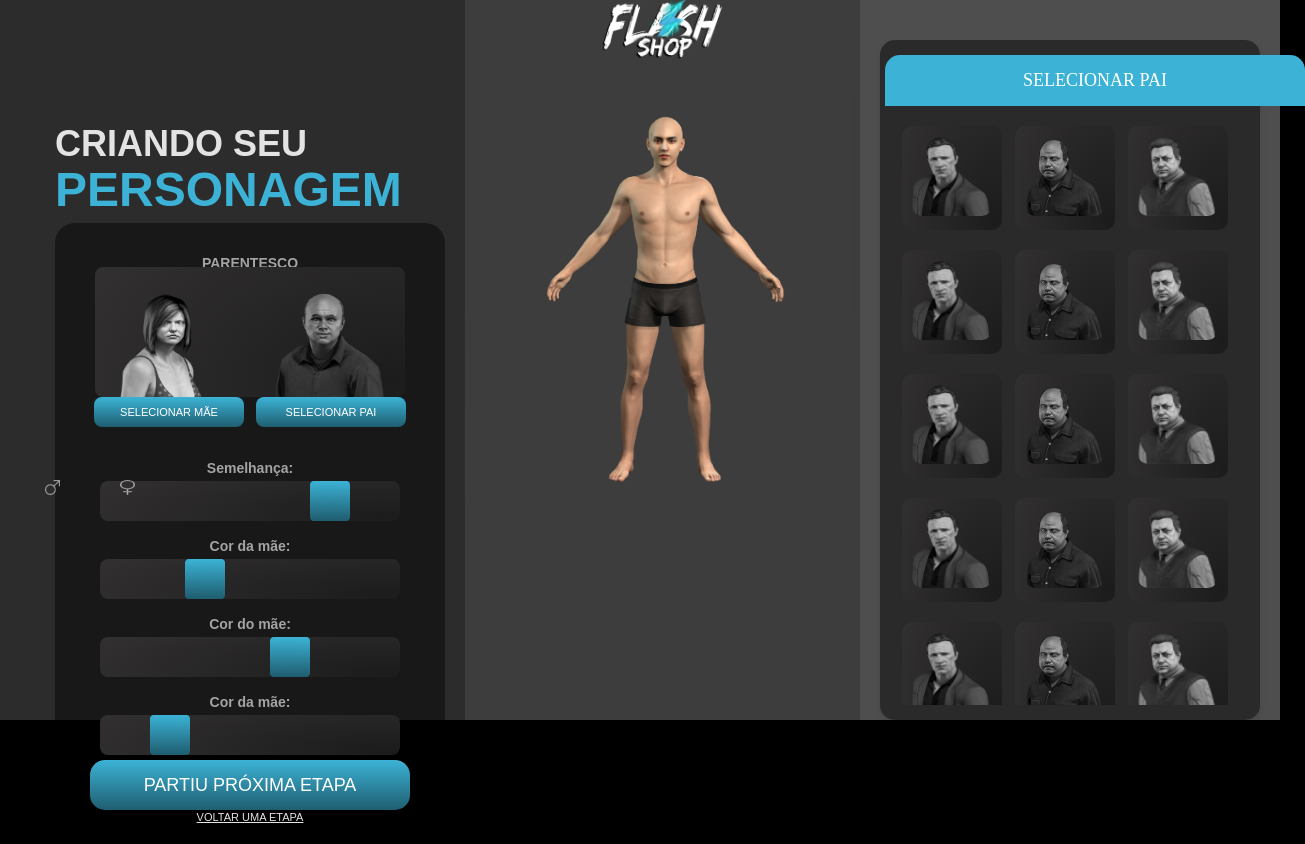
Repository: DuMCorrea/CriandoPerso
Page: index.html
These files come from the project's save history. The page is drawn as it stood at one moment and after the next save; the edit follows.
The browser window is 1280 px wide. The page is 1305 px wide, then 1280 px, so the pictures cover 1305 px, including what lies to the right of the window. The pictures show the whole page.

Above is the page before, as saved 2024-09-06 14:21:51.

### index.html
<!DOCTYPE html>
<html lang="en">
<head>
    <meta charset="UTF-8">
    <meta name="viewport" content="width=device-width, initial-scale=1.0">
    <title>Dividindo a Tela com Imagens</title>
    <link rel="stylesheet" href="styles.css">
</head>
<body>
    <div class="container">
        <div class="left">
            <h1 class="title">
                <span class="part1">CRIANDO SEU</span>
                <span class="part2">PERSONAGEM</span>
            </h1>
            <div class="vertical-rectangle">
                <div class="title-container">
                    <h2 class="parentesco-title">PARENTESCO</h2>
                </div>
                <div class="image-rectangle">
                    <img src="assets/mulher.png" alt="Imagem 1" class="rectangle-image">
                    <img src="assets/homem.png" alt="Imagem 2" class="rectangle-image">
                </div>
                <div class="button-group">
                    <button class="top-button">SELECIONAR MÃE</button>
                    <button class="top-button">SELECIONAR PAI</button>
                </div>
                <div class="rectangles-group">
                    <div class="image-container">
                        <img src="assets/Fem.png" alt="Imagem 1" class="small-image left-image">
                        <img src="assets/Masc.png" alt="Imagem 2" class="small-image right-image">
                    </div>
                    <div class="rectangle-title">Semelhança:</div>
                    <div class="gradient-rectangle">
                        <img src="assets/quadradoAzul.png" alt="Imagem 1" class="small-image1">
                    </div>

                    <div class="rectangle-title">Cor da mãe:</div>
                    <div class="gradient-rectangle">
                        <img src="assets/quadradoAzul.png" alt="Imagem 2" class="small-image2">
                    </div>

                    <div class="rectangle-title">Cor do mãe:</div>
                    <div class="gradient-rectangle">
                        <img src="assets/quadradoAzul.png" alt="Imagem 3" class="small-image3">
                    </div>

                    <div class="rectangle-title">Cor da mãe:</div>
                    <div class="gradient-rectangle">
                        <img src="assets/quadradoAzul.png" alt="Imagem 4" class="small-image4">
                    </div>
                </div>
                <button class="rectangle-button">PARTIU PRÓXIMA ETAPA</button>
                <button class="back-button">VOLTAR UMA ETAPA</button>
            </div>
        </div>
        <div class="center">
            <img src="assets/FlashStore 1 (1).png" alt="Imagem 1" class="top-image">
            <img src="assets/boneco 2.png" alt="Imagem 2" class="center-image">
        </div>
        <div class="right">
            <div class="novo-retangulo">
                <div class="titulo-retangulo">SELECIONAR PAI</div>
                <div class="conteudo-scroll">
                    <div class="imagens-container">
                        <div class="imagem-wrapper">
                            <img src="assets/homemQuadrado.png" alt="Imagem 1">
                        </div>
                        <div class="imagem-wrapper">
                            <img src="assets/homemMeio.png" alt="Imagem 2">
                        </div>
                        <div class="imagem-wrapper">
                            <img src="assets/homemDireita.png" alt="Imagem 3">
                        </div>
                    </div>
                    <div class="imagens-container">
                        <div class="imagem-wrapper">
                            <img src="assets/homemQuadrado.png" alt="Imagem 1">
                        </div>
                        <div class="imagem-wrapper">
                            <img src="assets/homemMeio.png" alt="Imagem 2">
                        </div>
                        <div class="imagem-wrapper">
                            <img src="assets/homemDireita.png" alt="Imagem 3">
                        </div>
                    </div>
                    <div class="imagens-container">
                        <div class="imagem-wrapper">
                            <img src="assets/homemQuadrado.png" alt="Imagem 1">
                        </div>
                        <div class="imagem-wrapper">
                            <img src="assets/homemMeio.png" alt="Imagem 2">
                        </div>
                        <div class="imagem-wrapper">
                            <img src="assets/homemDireita.png" alt="Imagem 3">
                        </div>
                    </div>
                    <div class="imagens-container">
                        <div class="imagem-wrapper">
                            <img src="assets/homemQuadrado.png" alt="Imagem 1">
                        </div>
                        <div class="imagem-wrapper">
                            <img src="assets/homemMeio.png" alt="Imagem 2">
                        </div>
                        <div class="imagem-wrapper">
                            <img src="assets/homemDireita.png" alt="Imagem 3">
                        </div>
                    </div>
                    <div class="imagens-container">
                        <div class="imagem-wrapper">
                            <img src="assets/homemQuadrado.png" alt="Imagem 1">
                        </div>
                        <div class="imagem-wrapper">
                            <img src="assets/homemMeio.png" alt="Imagem 2">
                        </div>
                        <div class="imagem-wrapper">
                            <img src="assets/homemDireita.png" alt="Imagem 3">
                        </div>
                    </div>
                    <div class="imagens-container">
                        <div class="imagem-wrapper">
                            <img src="assets/homemQuadrado.png" alt="Imagem 1">
                        </div>
                        <div class="imagem-wrapper">
                            <img src="assets/homemMeio.png" alt="Imagem 2">
                        </div>
                        <div class="imagem-wrapper">
                            <img src="assets/homemDireita.png" alt="Imagem 3">
                        </div>
                    </div>
                    <!-- Continue repetindo conforme necessário -->
                </div>
            </div>
        </div>

    </div>
</body>

</html>

### styles.css
body, html {
    margin: 0;
    padding: 0;
    height: 100%;
    display: flex;
    justify-content: center;
    align-items: center;
    background-color: #000; /* Fundo escuro */
}

.container {
    display: flex;
    width: 100%;
    height: 100%;
}

.container > div {
    flex: 1; /* Cada div ocupa 1/3 do espaço disponível */
    height: 100%;
    padding: 20px;
    box-sizing: border-box;
}



/* PARTE ESQUERDA */



.left {
    background-color: #2c2c2c;
    display: flex;
    flex-direction: column;
    justify-content: flex-start;
    align-items: flex-start;

}

.title {
    margin: 100px 0 0 0; /* Adiciona margem superior para mover o título para baixo */
    padding: 0;
}

.part1 {
    font-family: 'Baloo Bhai', sans-serif;
    font-size: 36px;
    font-weight: 700; /* Aumenta o peso da fonte para deixá-la mais grossa */
    line-height: 48px;
    text-align: left;
    color: #E3E3E3;
    display: block;
    margin-bottom: -10px; /* Reduz a distância entre as duas partes do título */
    margin-left: 35px;
}

.part2 {
    font-family: 'Baloo Bhai', sans-serif;
    font-size: 48px;
    font-weight: 700; /* Aumenta o peso da fonte para deixá-la mais grossa */
    line-height: 64px;
    text-align: left;
    color: #3CB3D6;
    display: block;
    margin-left: 35px;
}

.vertical-rectangle {
    width: 390px; /* Largura do retângulo */
    height: 660px; /* Altura do retângulo */
    background: #00000075; /* Cor de fundo com opacidade */
    border-radius: 20px; /* Bordas arredondadas */
    margin-left: 35px; /* Alinhamento com o título */
    margin-top: 1px; /* Espaço entre o título e o retângulo */
    display: flex;
    flex-direction: column;
    justify-content: space-between; /* Distribui o espaço */
    align-items: center; /* Centraliza os conteúdos */
}


.rectangle-button {
    width: 320px; /* Largura do botão */
    height: 50px; /* Altura do botão */
    background: linear-gradient(180deg, #3CB3D6 0%, #1F5E70 100%); /* Gradiente de cor */
    border-radius: 15px; /* Bordas arredondadas */
    border: none; /* Remove borda padrão do botão */
    color: white; /* Cor do texto */
    font-family: 'Baloo Bhai', sans-serif;
    font-size: 18px; /* Tamanho do texto */
    display: flex;
    justify-content: center; /* Centraliza horizontalmente */
    align-items: center; /* Centraliza verticalmente */
    margin-bottom: -15px; /* Ajusta o espaçamento superior */
    cursor: pointer;
}

.back-button {
    background: none; /* Remove o fundo */
    border: none; /* Remove a borda */
    color: #E3E3E3; /* Cor do texto */
    font-family: 'Baloo Bhai', sans-serif;
    font-size: 11px; /* Tamanho do texto */
    margin-bottom: 20px; /* Espaçamento superior ajustado */
    margin-top: 10px;
    text-decoration: underline; /* Adiciona sublinhado */
    cursor: pointer; /* Muda o cursor ao passar por cima */
}


.button-group {
    display: flex;
    justify-content: space-between; /* Espaça os botões igualmente */
    width: 0%; /* Largura igual à do retângulo */
    padding: 10px 20px; /* Adiciona espaçamento ao redor dos botões */
}

.top-button {
    width: 50px; /* Largura dos botões */
    height: 40px; /* Altura dos botões */
    background: linear-gradient(180deg, #3CB3D6 0%, #1F5E70 100%); /* Gradiente de cor */
    border-radius: 15px; /* Bordas arredondadas */
    border: none; /* Remove borda padrão do botão */
    color: white; /* Cor do texto */
    font-family: 'Baloo Bhai', sans-serif;
    font-size: 16px; /* Tamanho do texto */
    display: flex;
    justify-content: center; /* Centraliza horizontalmente */
    align-items: center; /* Centraliza verticalmente */
    cursor: pointer;
}




.gradient-rectangle {
    width: 300px; /* Largura igual ao botão */
    height: 40px; /* Altura padrão para cada retângulo, ajuste conforme necessário */
    background: radial-gradient(547.21% 823.76% at 94.51% 88.04%, #1D1C1C 0%, #837E7E 100%);
    border-radius: 8px; /* Bordas arredondadas, igual ao botão */
    margin-bottom: 1px; /* Diminui a distância entre os retângulos */
    margin-top: 38px;
    margin-left: 0px;
}

.rectangle-title {
    width: 300px; /* Largura igual ao botão e retângulos */
    height: 30px; /* Altura do título */
    border-radius: 8px; /* Bordas arredondadas */
    display: flex;
    align-items: center; /* Centraliza verticalmente o texto */
    justify-content: center; /* Centraliza horizontalmente o texto */
    color: #A4A4A4; /* Cor do texto */
    font-weight: 700;
    font-family: 'Baloo Bhai', sans-serif;
    font-size: 14px; /* Tamanho do texto */
    margin-bottom: -40px; /* Espaçamento entre o título e o retângulo */
    margin-top: 10px;

}

.image-container {
    width: 50%;
    display: flex;
    justify-content: space-between; /* Coloca uma imagem em cada lado */
    position: absolute; /* As imagens ficam fora do fluxo normal */
    top: 35px; /* Ajusta a posição acima do retângulo */
    padding: 0 10px; /* Espaçamento lateral entre as bordas */
}

.small-image {
    width: 15px; /* Define o tamanho da imagem */
    height: 15px;
}

.left-image {
    position: relative;
    left: 10px;
    top: 445px;
}

.right-image {
    position: relative;
    right: 690px;
    top: 445px
}

.small-image1 {
    width: 40px;
    height: 40px;
    left: 210px;
    position: relative;
}
.small-image2 {
    width: 40px;
    height: 40px;
    left: 85px;
    position: relative;
}
.small-image3 {
    width: 40px;
    height: 40px;
    left: 170px;
    position: relative;
}
.small-image4 {
    width: 40px;
    height: 40px;
    left: 50px;
    position: relative;
}

.button-group {
    display: flex;
    justify-content: space-between; /* Espaça os botões igualmente */
    width: 80%; /* Largura do grupo de botões */
    height: 1%;
    top: -15px;
    position: relative;
}

.top-button {
    width: 150px; /* Largura dos botões */
    height: 30px; /* Altura dos botões */
    background: linear-gradient(180deg, #3CB3D6 0%, #1F5E70 100%); /* Gradiente de cor */
    border-radius: 8px; /* Bordas arredondadas */
    border: none; /* Remove borda padrão do botão */
    color: white; /* Cor do texto */
    font-family: 'Baloo Bhai', sans-serif;
    font-size: 11px; /* Tamanho do texto */
    cursor: pointer;
}

.rectangles-group {
    margin-top: 10px; /* Ajusta o espaçamento superior */
}

.image-rectangle {
    width: 290px; /* Largura do retângulo */
    height: 130px; /* Altura do retângulo */
    background: radial-gradient(547.21% 823.76% at 94.51% 88.04%, #1D1C1C 0%, #837E7E 100%); /* Gradiente de fundo */
    border-radius: 8px; /* Bordas arredondadas */
    display: flex;
    justify-content: space-between; /* Espaça as imagens igualmente */
    align-items: center; /* Centraliza verticalmente */
    padding: 0 10px; /* Espaçamento lateral interno */
    position: relative;
    top: 0px;
}

.rectangle-image {
    width: 110px; /* Largura das imagens */
    height: 110px; /* Altura das imagens */
    position: relative;
    right: 10px;
    top: 10px;
    bottom: 0px;
}

/* Estilo para o novo título sem fundo */
.title-container {
    width: 0%;
    display: flex;
    justify-content: center; /* Centraliza o título horizontalmente */
    margin-bottom: 0; /* Remove o espaço entre o título e o retângulo de imagens */
}

.parentesco-title {
    color: #A4A4A4; /* Cor do texto */
    font-family: 'Baloo Bhai', sans-serif;
    font-size: 14px; /* Tamanho do texto */
    font-weight: bold;
    text-align: center; /* Centraliza o texto dentro do título */
    position: relative;
    top: 20px;
}

/* PARTE CENTRAL */



.center {
    background-color: #3d3d3d; /* Cor de fundo para a div central */
    display: flex;
    flex-direction: column;
    align-items: center;
    justify-content: space-between; /* Distribui o espaço entre as imagens */
}


.top-image {
    max-width: 40%;
    height: auto;
    margin-top: -60px;
}

.center-image {
    max-width: 200%;
    height: auto;
    margin-top: auto; /* Centraliza verticalmente */
    margin-bottom: 200px;
}


/* PARTE DIREITA */



.right {
    background-color: #4e4e4e;
}

.novo-retangulo {
    width: 350px;
    height: 650px;
    background-color: rgba(0, 0, 0, 0.46);
    border-radius: 15px;
    margin: 20px auto;
    padding: 15px;
    box-shadow: 0 4px 6px rgba(0, 0, 0, 0.1);
    display: flex;
    flex-direction: column;

}

.titulo-retangulo {
    background-color: #3CB3D6;
    color: white;
    font-size: 18px;
    text-align: center;
    padding: 15px;
    border-radius: 15px 15px 0 0;
    box-sizing: border-box;
    margin-bottom: 20px;
    position: relative;
    right: 10px;
    width: 120%; /* Título ocupará toda a largura do retângulo */
}

.conteudo-scroll {
    flex-grow: 1; /* Faz o contêiner de rolagem ocupar o espaço restante */
    overflow-y: auto;
    padding-right: 10px;
}

.imagens-container {
    display: flex;
    justify-content: space-around;
    margin-bottom: 20px; /* Espaço entre as imagens e o próximo grupo */
}

.imagem-wrapper {
    background: radial-gradient(547.21% 823.76% at 94.51% 88.04%, #1D1C1C 0%, #837E7E 100%);
    border-radius: 10px;
    padding: 10px;
}

.imagem-wrapper img {
    width: 80px;
    height: 80px;
    border-radius: 10px;
}

.conteudo-scroll::-webkit-scrollbar {
    width: 10px;
}

.conteudo-scroll::-webkit-scrollbar-thumb {
    background: linear-gradient(180deg, #3CB3D6 0%, #1F5E70 100%);
    border-radius: 10px;
}

.conteudo-scroll::-webkit-scrollbar-track {
    background-color: transparent;
}

After the next save:
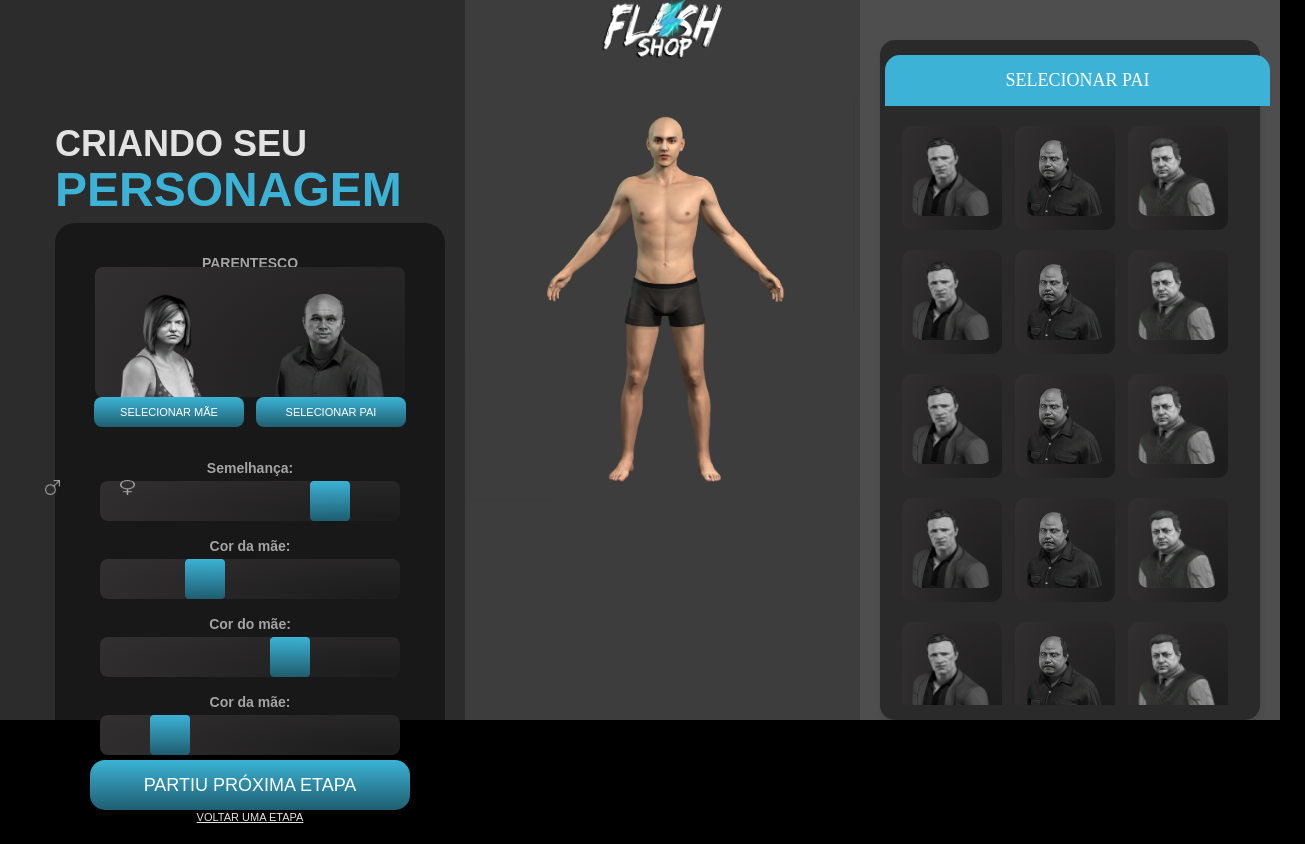
Saved 5 s later.
--- a/styles.css
+++ b/styles.css
@@ -333,7 +333,7 @@
     margin-bottom: 20px;
     position: relative;
     right: 10px;
-    width: 120%; /* Título ocupará toda a largura do retângulo */
+    width: 110%; /* Título ocupará toda a largura do retângulo */
 }
 
 .conteudo-scroll {
